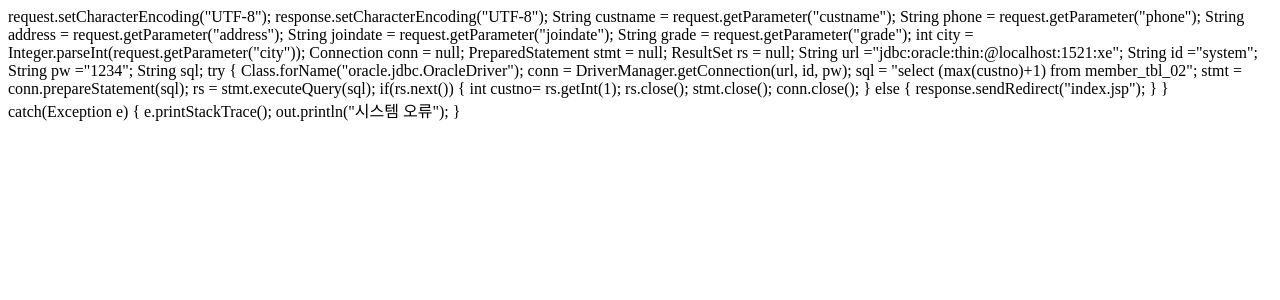
Repository: foodduck/HRD_exam
Page: http://localhost/HRD_1234/registerPro.jsp
An editor plug-in stored every save of this project. The page is shown before and after the next save, followed by the edit.
The browser window is 1280 px wide. The pictures show the whole page.
The page is served by Tomcat 9.

Above is the page before, as saved 2022-02-14 10:03:19.

After the next save:
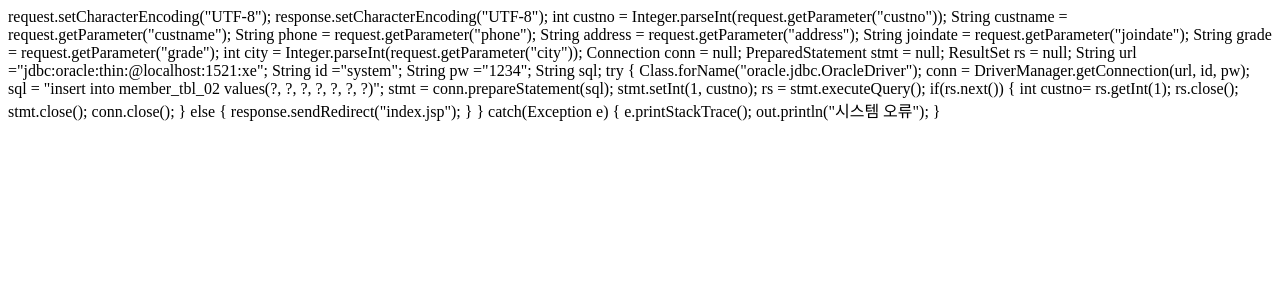
Saved 2 min 34 s later.
--- a/HRD_1234/WebContent/registerPro.jsp
+++ b/HRD_1234/WebContent/registerPro.jsp
@@ -7,6 +7,7 @@
 	request.setCharacterEncoding("UTF-8");
 	response.setCharacterEncoding("UTF-8");
 
+	int custno = Integer.parseInt(request.getParameter("custno"));
 	String custname = request.getParameter("custname");
 	String phone = request.getParameter("phone");
 	String address = request.getParameter("address");
@@ -25,9 +26,10 @@
 	try {
 		Class.forName("oracle.jdbc.OracleDriver");
 		conn = DriverManager.getConnection(url, id, pw);
-		sql = "select (max(custno)+1) from member_tbl_02";
+		sql = "insert into member_tbl_02 values(?, ?, ?, ?, ?, ?, ?)";
 		stmt = conn.prepareStatement(sql);
-		rs = stmt.executeQuery(sql);
+		stmt.setInt(1, custno);
+		rs = stmt.executeQuery();
 
 		if(rs.next()) {
 			int custno= rs.getInt(1);
